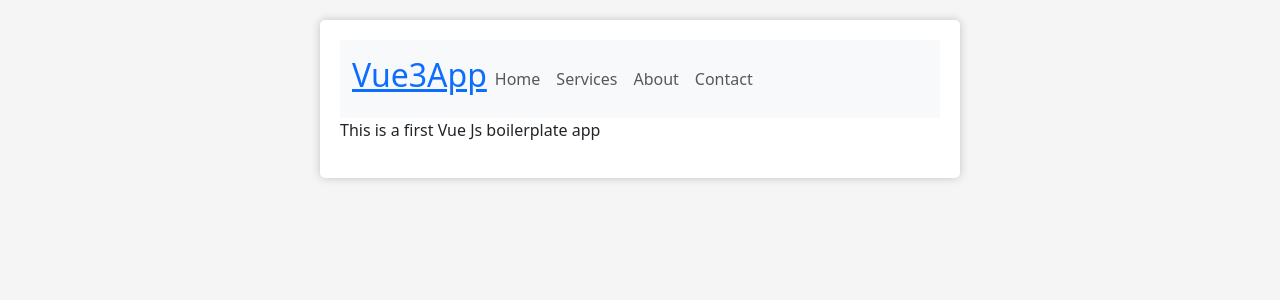
Repository: feyroozecode/intro-vue3-app
Page: index.html
The author's editor kept a copy of each file at every save. The page is drawn from the files as they stood at one save, then again after the next save.
The browser window is 1280 px wide. The pictures show the whole page.

Above is the page before, as saved 2023-08-14 08:42:16.

### index.html
<!DOCTYPE html>
<html lang="en">
<head>
    <meta charset="UTF-8">
    <meta name="viewport" content="width=device-width, initial-scale=1.0">
    <title>VueJs 3</title>
    <link href="https://cdn.jsdelivr.net/npm/bootstrap@5.3.1/dist/css/bootstrap.min.css" rel="stylesheet" />
    <script src="https://unpkg.com/vue@3/dist/vue.global.js"></script>
</head>

<style>
    body {
        background-color: #f5f5f5;
        margin: 10;
    }
    #app {
        background-color: #fff;
        border-radius: 5px;
        padding: 20px;
        margin: 20px auto;
        width: 50%;
        box-shadow: 0 0 10px rgba(0,0,0,0.2);
    }
</style>

<body>

    <div id="app">
        <nav class="navbar navbar-expand-lg navbar-light bg-light">
            <div class="container-fluid">
                <a href="#" class="navbar brand"> <h2> {{ title }} </h2> </a>
                <ul class="navbar-nav me-auto mb-2 mb-lg-0 ml-5">
                    <a class="nav-link" aria-current="page" href="#"> {{ links[0] }} </a>
                    <a class="nav-link" aria-current="page" href="#"> {{ links[1] }} </a>
                    <a class="nav-link" aria-current="page" href="#"> {{ links[2] }} </a>
                    <a class="nav-link" aria-current="page" href="#"> {{ links[3] }} </a>
                </ul>
            </div>
        </nav>

        <p> {{ message }} </p>

    </div>

    <script>
        const { createApp, ref } = Vue;

        const App = createApp({
            setup() {
                const title = ref('Hello World');
                return {
                    title: "Vue3App",
                    message: "This is a first Vue Js boilerplate app",
                    links : ['Home', 'Services', 'About', 'Contact']
                }
            }

        });
        App.mount('#app');
    </script>

</body>


</html>

After the next save:
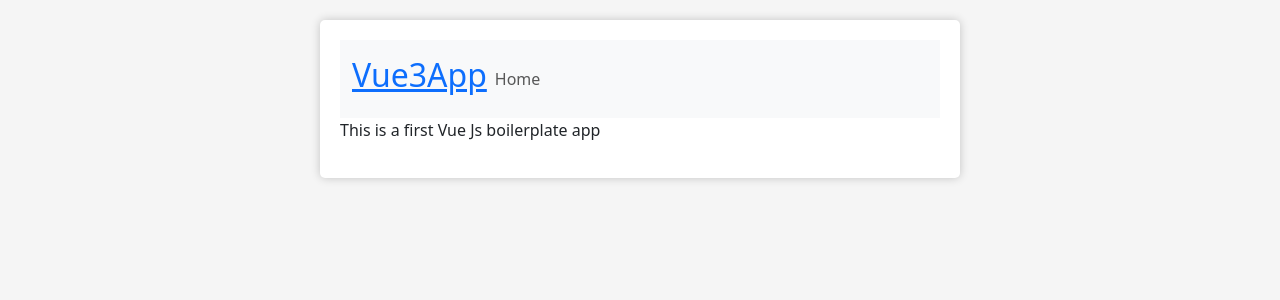
Saved 61 s later.
--- a/index.html
+++ b/index.html
@@ -31,9 +31,7 @@
                 <a href="#" class="navbar brand"> <h2> {{ title }} </h2> </a>
                 <ul class="navbar-nav me-auto mb-2 mb-lg-0 ml-5">
                     <a class="nav-link" aria-current="page" href="#"> {{ links[0] }} </a>
-                    <a class="nav-link" aria-current="page" href="#"> {{ links[1] }} </a>
-                    <a class="nav-link" aria-current="page" href="#"> {{ links[2] }} </a>
-                    <a class="nav-link" aria-current="page" href="#"> {{ links[3] }} </a>
+
                 </ul>
             </div>
         </nav>
